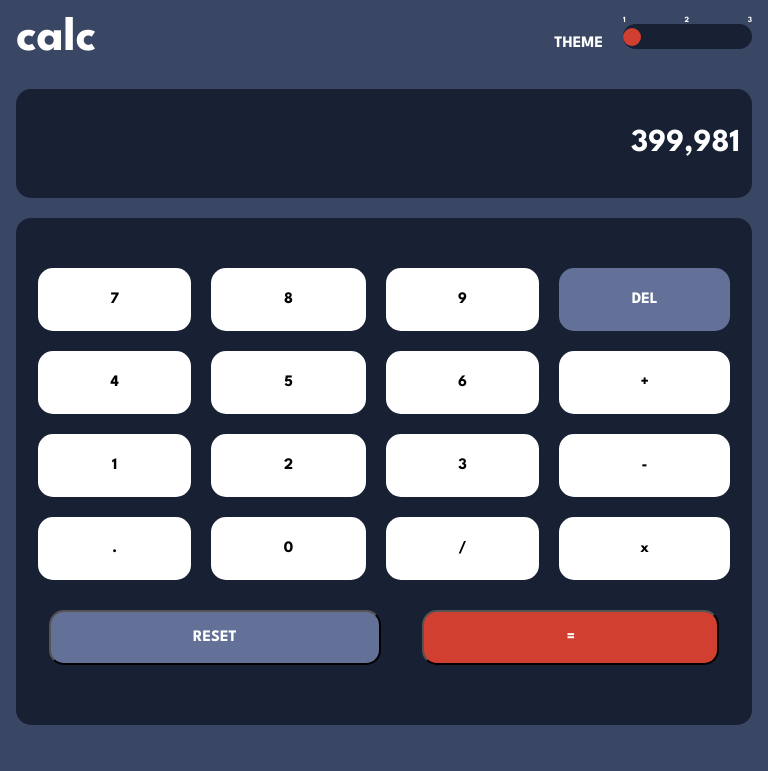
Repository: DevLaukey/calc-with-css-js
Page: index.html
An editor plug-in stored every save of this project. The page is shown before and after the next save, followed by the edit.
The browser window is 768 px wide. The pictures show the whole page.

Above is the page before, as saved 2022-05-24 13:13:20.

### index.html
<!DOCTYPE html>
<html lang="en">
  <head>
    <meta charset="UTF-8" />
    <meta http-equiv="X-UA-Compatible" content="IE=edge" />
    <meta name="viewport" content="width=device-width, initial-scale=1.0" />
    <title>Calculator</title>
    <link rel="stylesheet" href="./styles.css" />
    <link rel="preconnect" href="https://fonts.googleapis.com" />
    <link rel="preconnect" href="https://fonts.gstatic.com" crossorigin />
    <link
      href="https://fonts.googleapis.com/css2?family=League+Spartan:wght@700&display=swap"
      rel="stylesheet"
    />
    <style data="test" type="text/css"></style>
  </head>
  <body>
    <div class="body">
      <header class="calculator__header">
        <div>
          <p class="calculator__name text">calc</p>
        </div>
        <div class="calculator__slider">
          <div class="text">
            <p class="calculator__theme text">THEME</p>
          </div>
          <div class="class-slider">
            <p class="calculator__smallText text">
              <span>1</span>
              <span>2</span>
              <span>3</span>
            </p>
            <div class="calculator__block">
              <input
                id="rangeInput"
                type="range"
                min="1"
                max="3"
                value="1"
                class="slider"
                name="rangeInput"
              />
            </div>
          </div>
        </div>
      </header>
      <div class="calculator__display">
        <p class="text calculator__solution">399,981</p>
      </div>
      <div class="calculator__input">
        <div class="calculator__row">
          <p class="calculator__button seven">7</p>
          <p class="calculator__button eight">8</p>
          <p class="calculator__button nine">9</p>
          <p
            class="calculator__button del back"
            style="background-color: hsl(225, 21%, 49%); color: white"
          >
            DEL
          </p>
          <p class="calculator__button four">4</p>
          <p class="calculator__button five">5</p>
          <p class="calculator__button six">6</p>
          <p class="calculator__button plus">+</p>
          <p class="calculator__button one">1</p>
          <p class="calculator__button two">2</p>
          <p class="calculator__button three">3</p>
          <p class="calculator__button minus">-</p>

          <p class="calculator__button dot">.</p>
          <p class="calculator__button minus">0</p>
          <p class="calculator__button slash">/</p>
          <p class="calculator__button multiply">x</p>
        </div>
        <div class="calculator__control">
          <button class="control reset text">RESET</button>
          <button class="control equals text">=</button>
        </div>
      </div>
    </div>
  </body>
  <script>
    const range = document.getElementById("rangeInput");
    var style = document.querySelector('[data="test"]');

    range.addEventListener("input", () => {
      const slider_value = range.value;
      let thumb_color, background_color, del, button, text,third, size="20px";
      if (slider_value == 1) {
        thumb_color = "hsl(6, 63%, 50%);";
        background_color = "hsl(222, 26%, 31%)";
        del = "hsl(224, 36%, 15%)";
        text = "white ";
        slider="hsl(225, 21%, 49%);"
      } else if (slider_value == 2) {
        thumb_color = "hsl(25, 98%, 40%)";
        background_color = "hsl(0, 0%, 90%)";

        del = " hsl(185, 42%, 37%)";
        text = "hsla(0, 0%, 0%, 1)";
        slider = "hsl(0, 5%, 81%)"
      } else {
        thumb_color = "hsl(176, 100%, 44%)";
        background_color = "hsl(268, 75%, 9%)";
        button= "hsl(268, 47%, 21%)";
        del = "hsl(281, 89%, 26%)";
        text = "hsl(52, 100%, 62%)";
         third="hsl(52, 100%, 62%)";
         slider="hsl(281, 89%, 26%)";
      }
      style.innerHTML = `.slider::-webkit-slider-thumb { background-color: ${thumb_color} !important; }

      body{
        background-color: ${background_color} !important;
      }
      .text{
          color: ${text} !important;
      }
      .slider{
         background-color: ${slider} !important;
      }
      .calculator__display{
         background-color: ${slider} !important;
      }
      .calculator__input{
         background-color: ${slider} !important;
         color: ${third} !important;
         font-size: ${size} !important;
      }
      .equals{
       background-color: ${thumb_color} !important;
      }
      .del{
        background-color: ${del} !important;
      }
     .calculator__button {
  background-color: ${button} !important;
}
      .reset{
        background-color: ${del} !important;
      }
      .slider:-moz-range-thumb {  ${thumb_color} !important; }`;
    });
  </script>
</html>

### styles.css
* {
  margin: 0;
  padding: 0;
  box-sizing: border-box;
}

body {
  background-color: hsl(222, 26%, 31%);
}
.body {
  font-family: "League Spartan", sans-serif;

  margin-bottom: 5%;
  margin-top: 5%;
  margin-left: 25%;
  margin-right: 25%;
}
.calculator__header {
  display: flex;
  width: 100%;
  justify-content: space-between;
  margin-bottom: 25px;
}
.calculator__block {
  display: flex;
}
.calculator__name {
  font-size: 3em;
  color: white;
}
.calculator__slider {
  display: flex;
}
.calculator__theme {
  margin-top: 20px;
  margin-right: 20px;
}
.calculator__smallText {
  display: flex;

  justify-content: space-between;
}
.text {
  color: white;
  font-family: "League Spartan", sans-serif;
}
.numbers {
  color:  hsl(223, 31%, 20%);
}


/* slider */
.slider {
    width: 100%;
    /* margin: 10px auto; */
    -webkit-appearance: none;
    height: 25px;
    border-radius: 15px;
    margin-bottom: 15px;
  background: hsl(224, 36%, 15%);
}

.slider::-webkit-slider-thumb {
   -webkit-appearance: none;
    width: 18px;
    height: 18px;
    border-radius: 10px;
    background-color: hsl(6, 63%, 50%);
    overflow: visible;
    cursor: pointer;
    transition: all 1s ease;
}

.calculator__display {
  background-color: hsl(224, 36%, 15%);
  display: flex;
  flex-direction: row-reverse;
  border-radius: 15px;
  padding: 2.5em 0.75rem 2.5em 0.75em;
  margin-bottom: 20px;
}
.calculator__solution {
  font-size: 2em;
}
.calculator__input {
  background-color: hsl(224, 36%, 15%);
  border-radius: 15px;
  text-align: center;
  padding: 2.5em 0.75rem 2.5em 0.75em;
  display: flex;
  flex-direction: column;
}
.calculator__row {
  display: grid;
  gap: 20px;
  grid-template-columns: auto auto auto auto;
  padding: 10px;
  margin-bottom: 20px;
}
.calculator__button {
  background-color: white;
  padding-top: 1.5em;
  padding-bottom: 1.5em;
  padding-left: -0.2em;
  padding-right: -0.2em;
  border-radius: 15px;
  box-shadow: hsl(224, 28%, 35%);
}
.calculator__control {
  display: flex;
  justify-content: space-around;
  margin-bottom: 20px;
}
.control {
  padding: 2.5% 20% 2.5% 20%;
  border-radius: 15px;
  font-size: 2em;
}
.reset {
  background-color: hsl(225, 21%, 49%);
}
.equals {
  background-color: hsl(6, 63%, 50%);
}

@media screen and (max-width: 768px) {
  .body{
    margin:1rem;
    /* width:100%; */
  }
  .control{
  padding: 2.5% 20% 2.5% 20%;
  border-radius: 15px;
  font-size: 1em;
  }
  .calculator__smallText{
    font-size: 0.5em;
  }
}

After the next save:
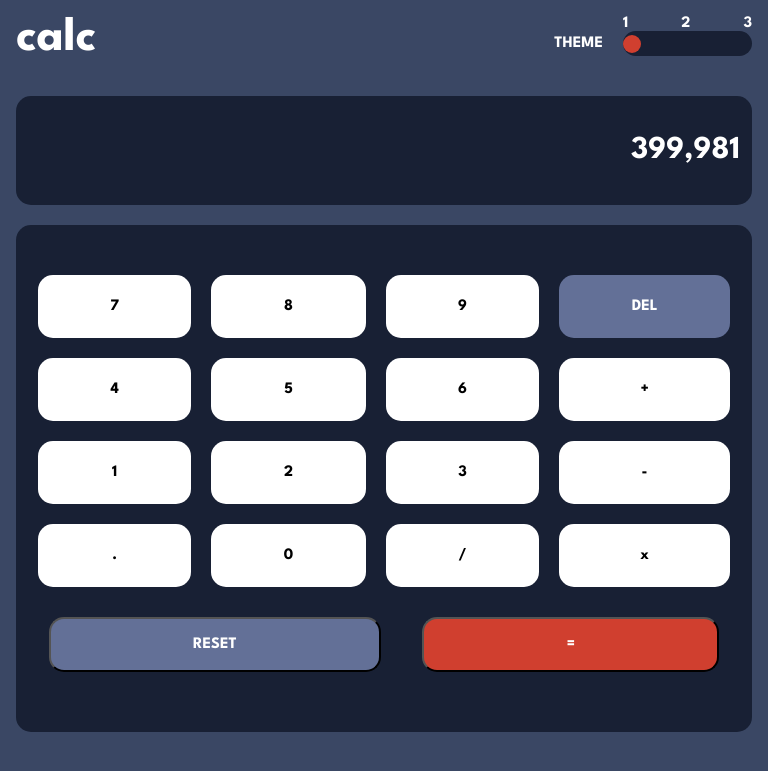
Saved 8 s later.
--- a/styles.css
+++ b/styles.css
@@ -134,6 +134,6 @@ body {
   font-size: 1em;
   }
   .calculator__smallText{
-    font-size: 0.5em;
+    font-size: 1em;
   }
 }
